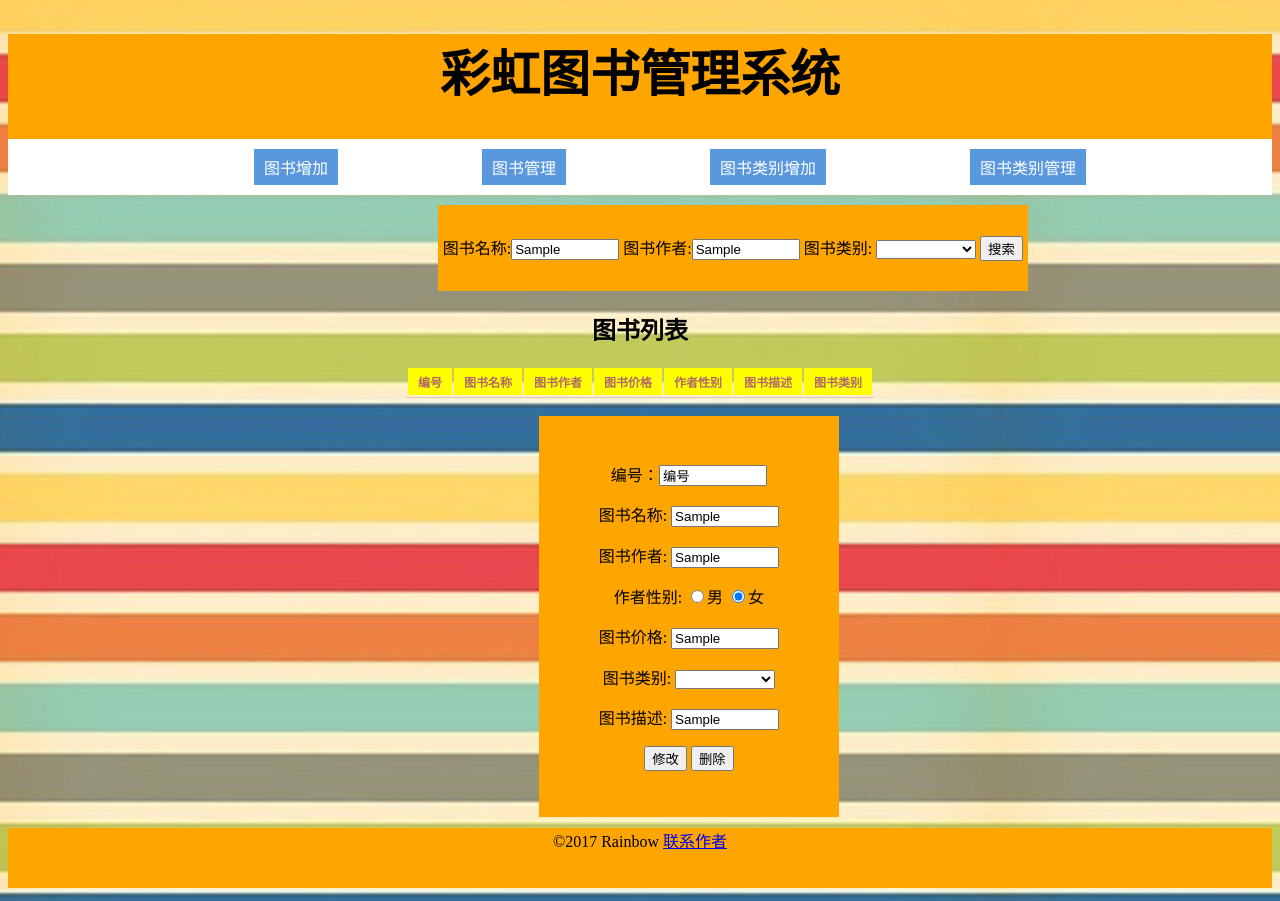
Repository: Rainbow-Chua/learningcode
Page: http://localhost/MyBookManager/BookManager.jsp
The author's editor kept a copy of each file at every save. The page is drawn from the files as they stood at one save, then again after the next save.
The browser window is 1280 px wide. The pictures show the whole page.
Empty fields were first filled with sample values (such as "Sample", 5 or name@example.com).
After loading, the first visible `tr` was clicked once.
The page is served by Tomcat 9. Queries for data that is not in the repository find no rows.

Above is the page before, as saved 2017-11-23 13:17:27.

After the next save:
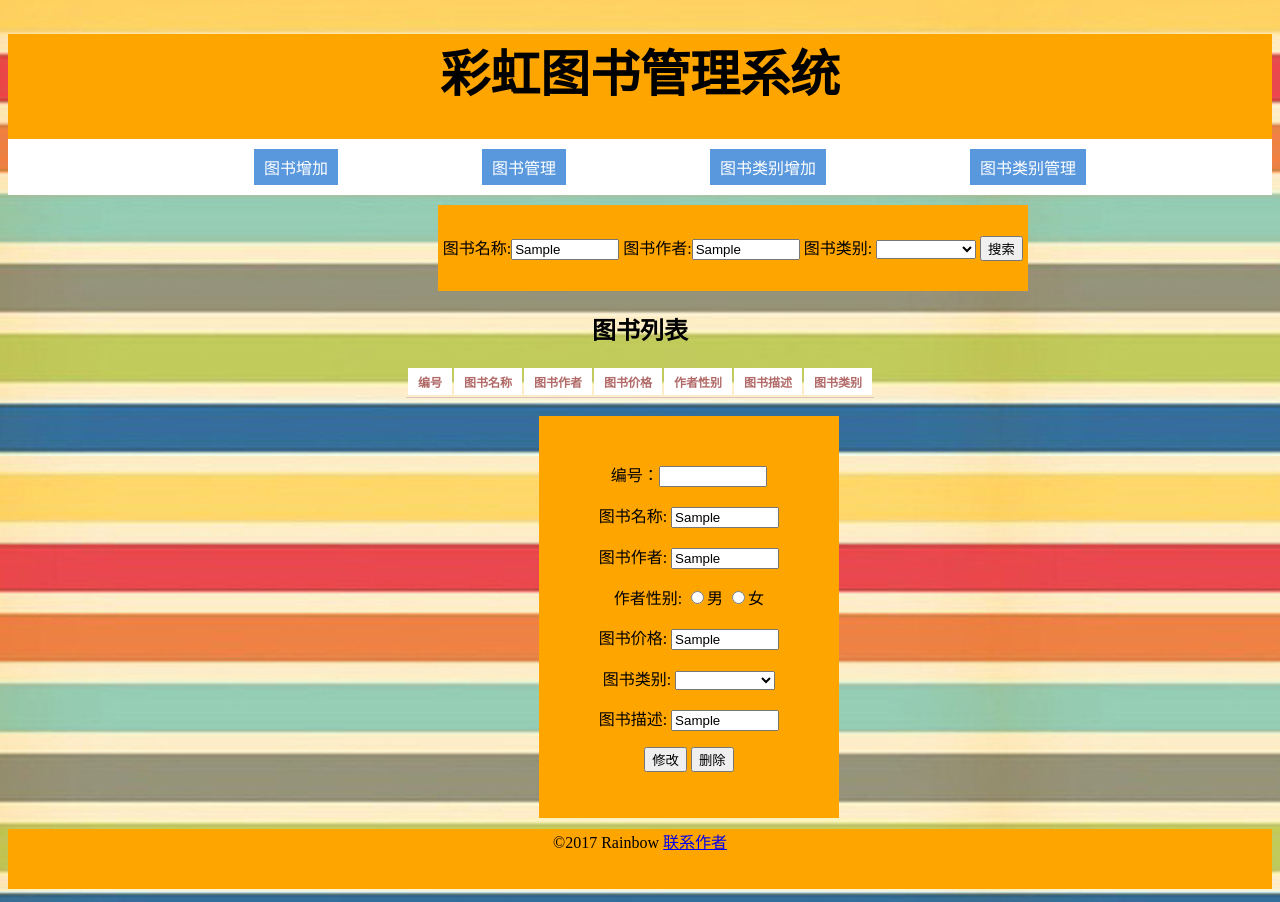
Saved 5 min 34 s later.
--- a/MyBookManager/WebContent/BookManager.jsp
+++ b/MyBookManager/WebContent/BookManager.jsp
@@ -215,7 +215,7 @@ h2 {
 		function TrOnClick() {
 			var tbl = document.getElementById("table-2");
 			var trs = tbl.getElementsByTagName("tr");
-			for (var i = 0; i < trs.length; i++) {
+			for (var i = 1; i < trs.length; i++) {
 				if (trs[i] == this) { //判断是不是当前选择的行
 					trs[i].style.background = "yellow";
 					var x=document.getElementById('table-2').rows[i].cells;
